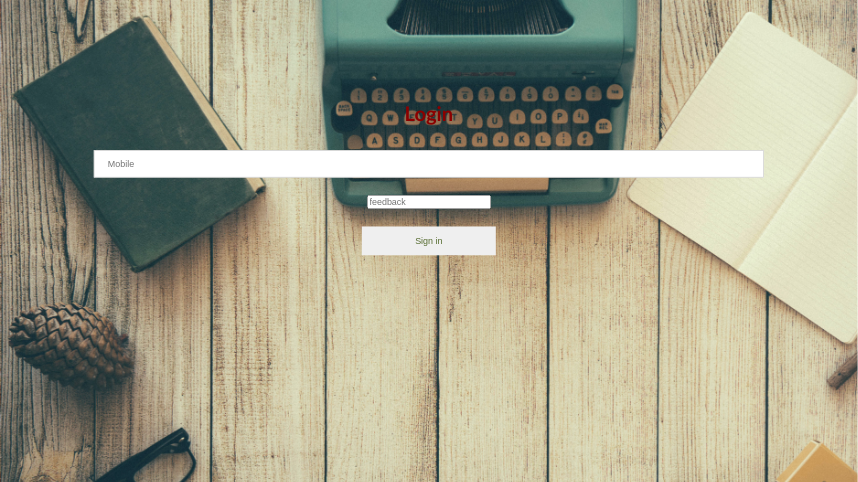
Repository: NAYAN9534/vehicle-booking-system
Page: http://localhost/minor/feedbacklogin.jsp
The author's editor kept a copy of each file at every save. The page is drawn from the files as they stood at one save, then again after the next save.
The browser window is 1280 px wide. The pictures show the whole page, at 67% of full size.
The page is served by Tomcat 9.

Above is the page before, as saved 2017-05-27 15:38:02.

After the next save:
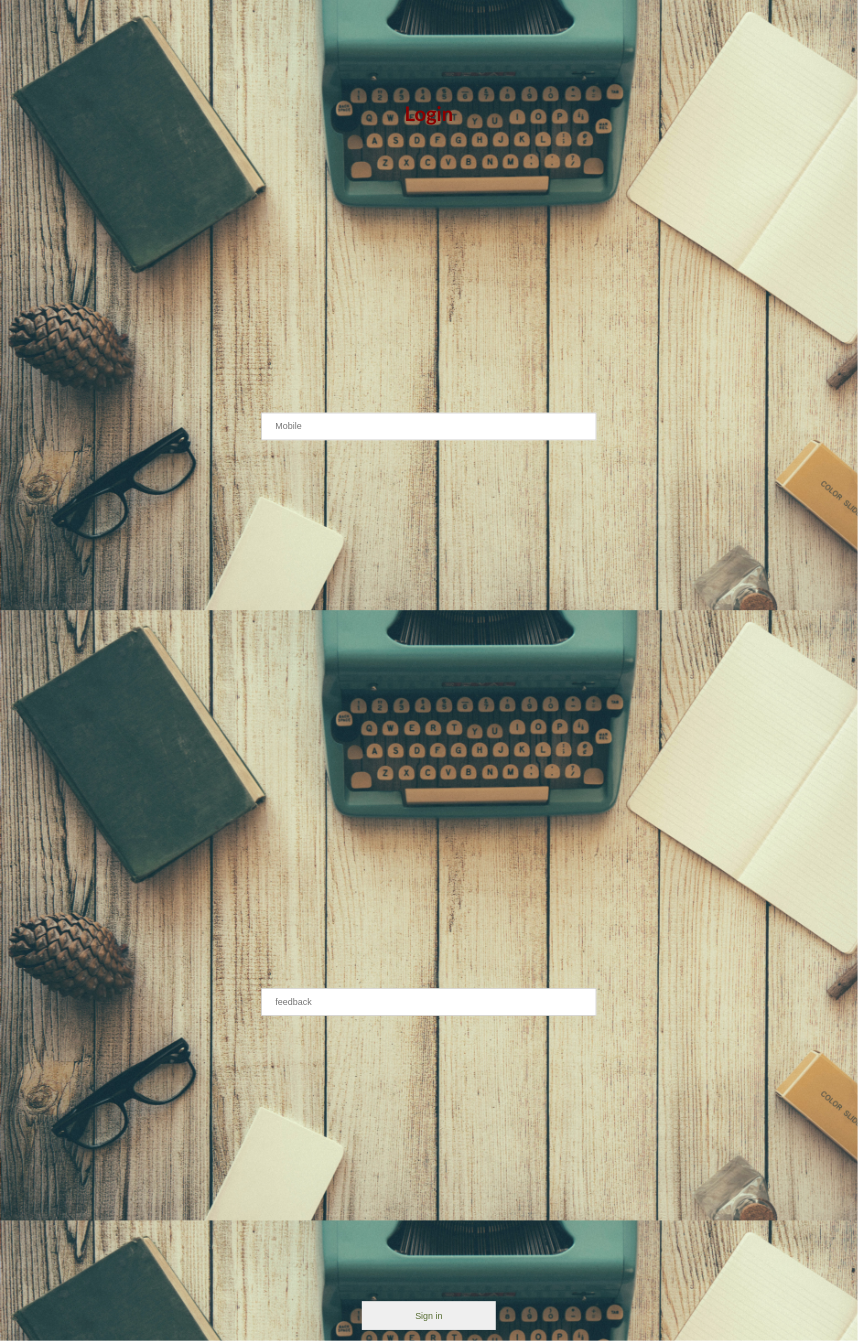
Saved 66 s later.
--- a/minor/WebContent/feedbacklogin.jsp
+++ b/minor/WebContent/feedbacklogin.jsp
@@ -30,9 +30,9 @@ button
 }
 input[type=text], input[type=text]
 {
-    width: 1000px;
+    width: 500px;
     padding: 12px 20px;
-    margin: 8px 0;
+    margin: 400px 0;
     display: inline-block;
     border: 1px solid #ccc;
     box-sizing: border-box;
@@ -69,7 +69,7 @@ body {
 <p><b>Login</b></p>
 <form action ="feedbackconn.jsp" method="post">
 	<input type="text" name="mobile" id="txt_name" placeholder="Mobile"/><br><br>
-	<input type="password" name="Feedback" id="txt_Password" placeholder="feedback"/><br><br>
+	<input type="text" name="Feedback" id="txt_Password" placeholder="feedback"/><br><br>
 	<button type="submit">Sign in</button>
 </form>
 </center>
